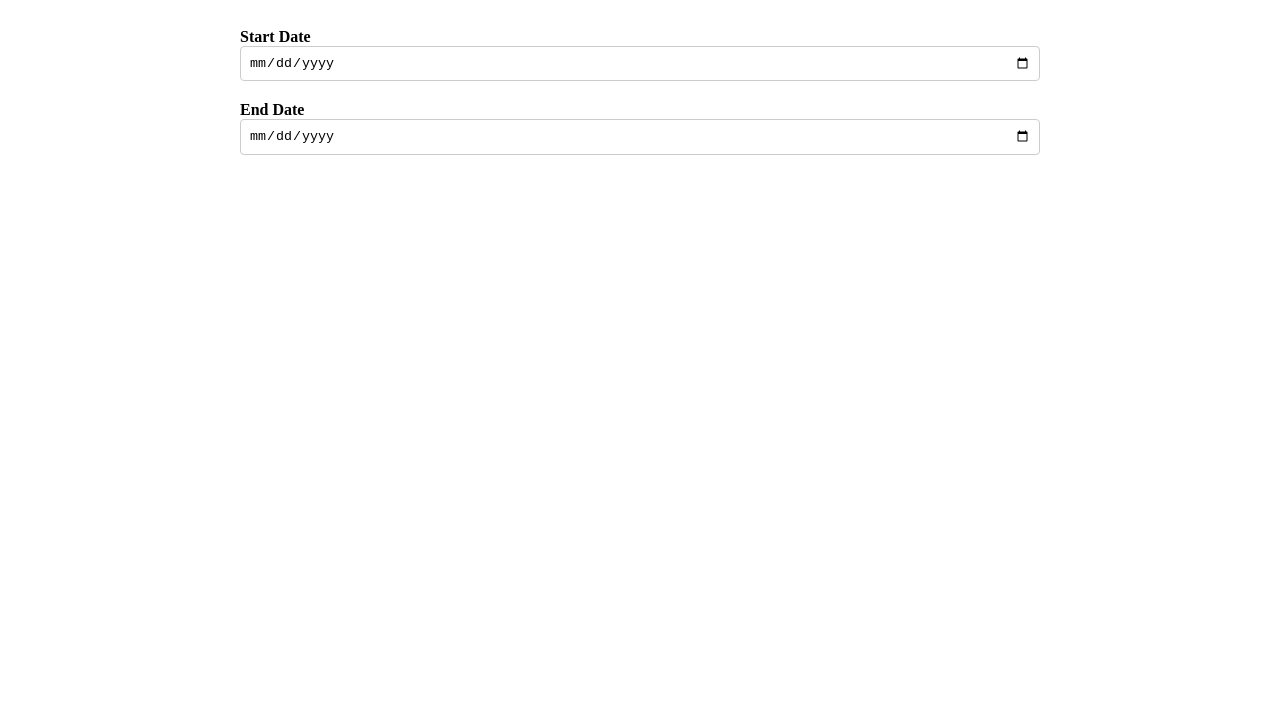
Repository: rohann12/RepairMate
Page: http://localhost/Garage/JSP/report.jsp
An editor plug-in stored every save of this project. The page is shown before and after the next save, followed by the edit.
The browser window is 1280 px wide. The pictures show the whole page.
The page is served by Tomcat 9.

Above is the page before, as saved 2023-06-19 01:54:21.

After the next save:
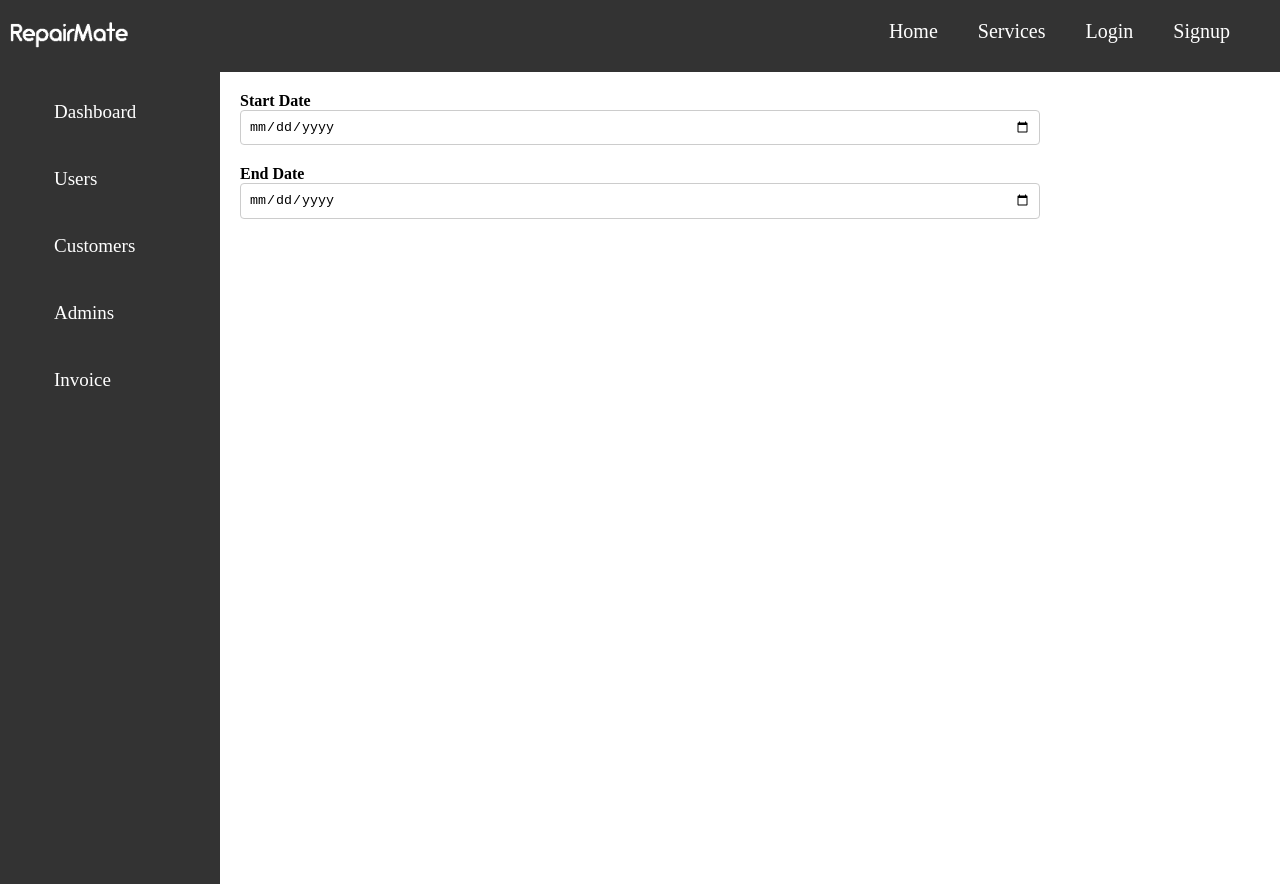
Saved 15 min 18 s later.
--- a/Garage/src/main/webapp/JSP/report.jsp
+++ b/Garage/src/main/webapp/JSP/report.jsp
@@ -41,6 +41,7 @@
 	cursor: pointer;
 }
 </style>
+<jsp:include page="adminNav.jsp" />
 
 	<div class="container">
 		<div class="card">
